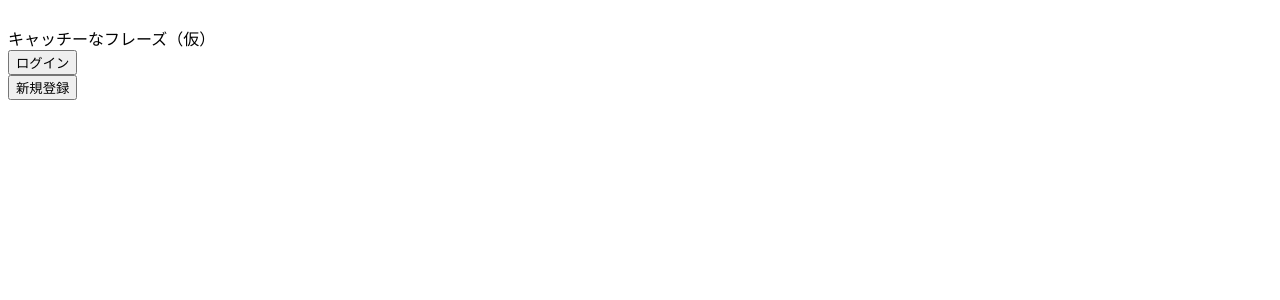
Repository: kyoko-shiraishi/Reproduce
Page: http://localhost/index
These files come from the project's save history. The page is drawn as it stood at one moment and after the next save; the edit follows.
The browser window is 1280 px wide. The pictures show the whole page.
The page is served by the project's Laravel application, run on PHP 8.4 with Laravel 12. Queries for data that is not in the repository find no rows.

Above is the page before, as saved 2024-10-21 15:20:58.

After the next save:
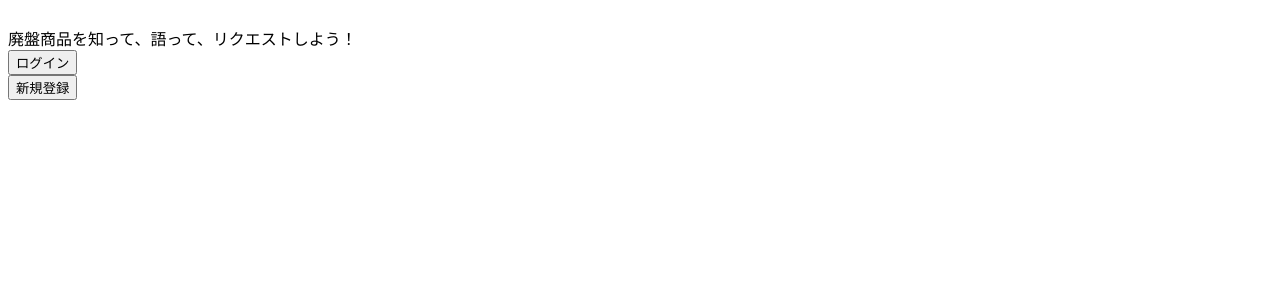
Saved 4 min 20 s later.
--- a/resources/views/please/index.blade.php
+++ b/resources/views/please/index.blade.php
@@ -8,7 +8,7 @@
 <body> <div class="logo">
 @include('please.logo')
 </div>
-<div class="catchcopy">キャッチーなフレーズ（仮）
+<div class="catchcopy">廃盤商品を知って、語って、リクエストしよう！
 </div>
 <!-- ログインボタン実装 -->
  <div class="login-button"> <a href="{{ route('login') }}"> <button>ログイン</button> </a>
